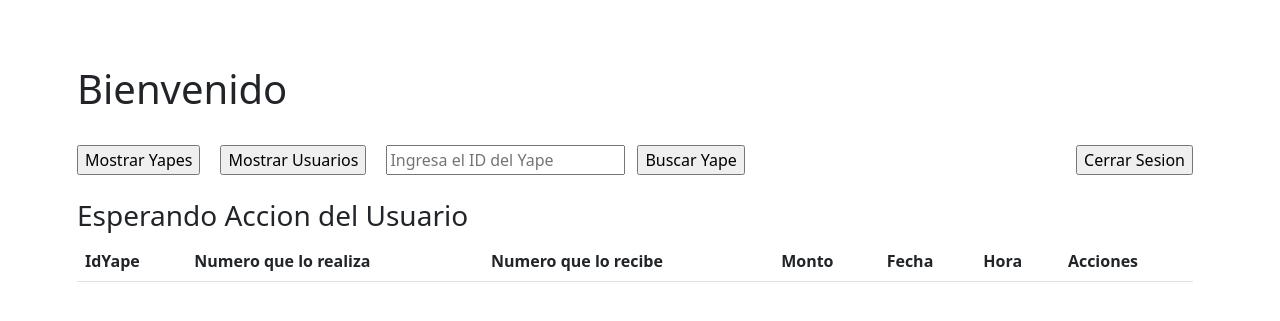
Repository: Gimblet/LP1_Proyecto_Yape
Page: http://localhost/Yape/adminDashboard.jsp
An editor plug-in stored every save of this project. The page is shown before and after a run of saves, followed by the edit.
The browser window is 1280 px wide. The pictures show the whole page.
The page is served by Tomcat 9. Other server files are loaded and not shown. The template is opened directly, without the code that normally fills it, so the values that code supplies are empty.

Above is the page before, as saved 2024-04-20 23:38:06.

### Yape/src/main/webapp/adminDashboard.jsp
<%@ page import="java.util.List"%>
<%@ page import="data.Yapes"%>
<%@ page import="data.Logins"%>
<%@ page language="java" contentType="text/html; charset=ISO-8859-1" pageEncoding="ISO-8859-1" %>
<%
	List<Yapes> yapeList = (List<Yapes>) request.getAttribute("ListaYapes");
%>
        <!DOCTYPE html>
        <html>

        <head>
            <meta charset="ISO-8859-1">
            <title>Admin Dashboard</title>
            <link href="https://cdn.jsdelivr.net/npm/bootstrap@5.1.3/dist/css/bootstrap.min.css" rel="stylesheet">
            <style>
                .container {
                    margin: 65px;
                }

                .buscarContainer{
                	display: flex;
                	gap: 12px;
                }

                form {
                    display: flex;
                    gap: 20px;
                }

                #buscar{
                	margin-left: auto;
                }

                input:hover {
                    cursor: pointer;
                }
            </style>
        </head>

        <body>
            <div class="container">
                <h1>Bienvenido</h1>
                <br>
                <div>
                    <form action="Servlet" method="post">
                        <input type="submit" value="Mostrar Yapes" name="type">
						<input type="submit" value="Mostrar Usuarios" name="type">
                        <div class="buscarContainer">
                        	<input type="text" name="txtBuscar"
                        	<%
                        		String IDStatus = "Ingresa el ID del Yape";
                        		if(request.getAttribute("IDInvalido") != null) {
                        			IDStatus = (String) request.getAttribute("IDInvalido");
                        		}
                        	%>
                        	placeholder="<%= IDStatus %>">
                        	<input type="submit" value="Buscar Yape" name="type">
                        </div>
                        <input id="buscar" type="submit" value="Cerrar Sesion" name="type">
                    </form>
                    <br>
                </div>
                <h3>Esperando Accion del Usuario</h3>
                <table class="table">
                    <thead>
                        <tr>
                            <th>IdYape</th>
                            <th>Numero que lo realiza</th>
                            <th>Numero que lo recibe</th>
                            <th>Monto</th>
                            <th>Fecha</th>
                            <th>Hora</th>
                            <th>Acciones</th>
                        </tr>
                    </thead>
                    <tbody>
                   			<%
								if(yapeList != null){
									for(Yapes item : yapeList){
							%>
						<tr>
							<td id="idYapeLista"><%= item.getIdYape() %></td>
							<td><%= item.getNumeroRealizante() %></td>
							<td><%= item.getNumeroRecibiente() %></td>
							<td><%= item.getMonto() %></td>
							<td><%= item.getFecha() %></td>
							<td><%= item.getHora() %></td>
							<td><a href="Servlet?type=Buscar Yape&id=<%=item.getIdYape()%>">Mas info</a></td>
						</tr>
						<%
									}
								}
							%>
                    </tbody>
                </table>
            </div>
        </body>

        </html>

After the next 2 saves:
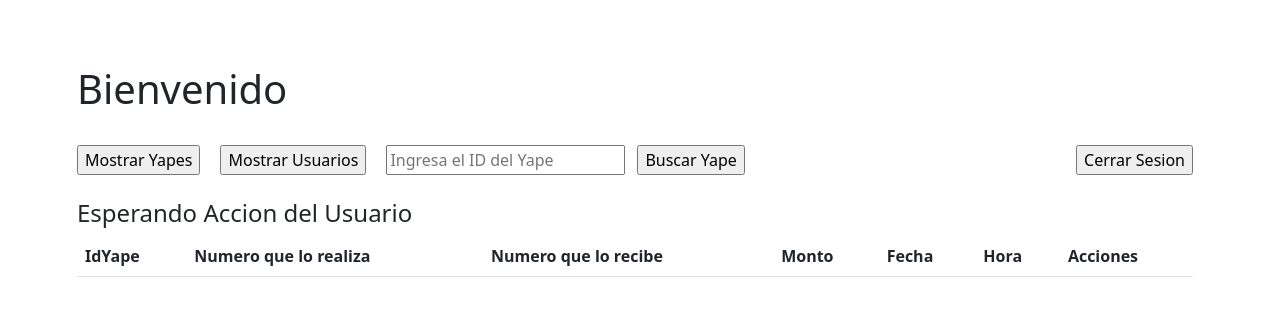
The 2 saves are shown as one change because they came seconds apart.
The last was saved 15 s later.
--- a/Yape/src/main/webapp/adminDashboard.jsp
+++ b/Yape/src/main/webapp/adminDashboard.jsp
@@ -60,7 +60,7 @@
                     </form>
                     <br>
                 </div>
-                <h3>Esperando Accion del Usuario</h3>
+                <h4>Esperando Accion del Usuario</h4>
                 <table class="table">
                     <thead>
                         <tr>
